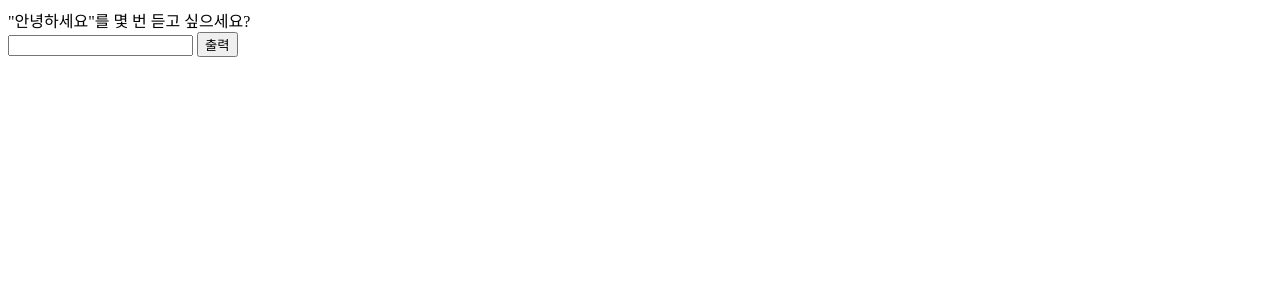
Repository: Realhyeonwoo/study-jsp
Page: JSPPrj/WebContent/reg.html
An editor plug-in stored every save of this project. The page is shown before and after the next save, followed by the edit.
The browser window is 1280 px wide. The pictures show the whole page.

Above is the page before, as saved 2020-04-14 06:10:39.

After the next save:
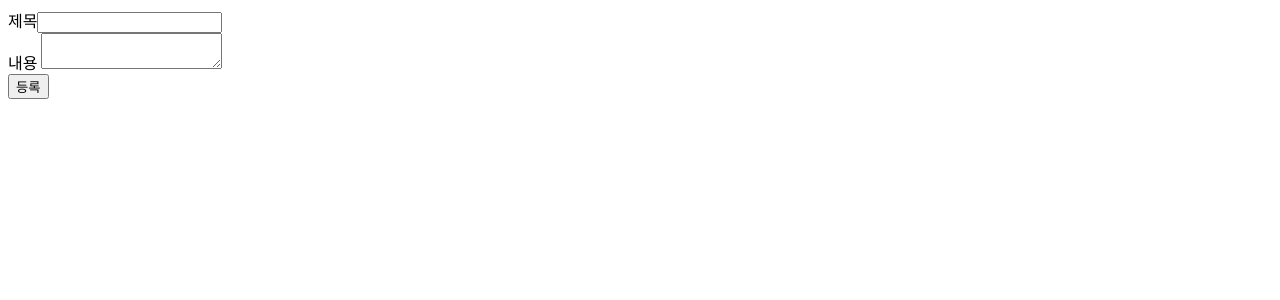
Saved 3 min 43 s later.
--- a/JSPPrj/WebContent/reg.html
+++ b/JSPPrj/WebContent/reg.html
@@ -5,13 +5,16 @@
 <title>Insert title here</title>
 </head>
 <body>
-<form action="studyGet" action="get">
+	<form action="notice-reg" action="post">
 		<div>
-			<label>"안녕하세요"를 몇 번 듣고 싶으세요?</label>
+			<label>제목</label><input type="text" name="title"/>
 		</div>
 		<div>
-			<input type="text" name="cnt"/>
-			<input type="submit" value="출력"/>
+			<label>내용</label>
+			<textarea name="content"></textarea>
+		</div>
+		<div>
+			<input type="submit" value="등록" />
 		</div>
 	</form>
 </body>
